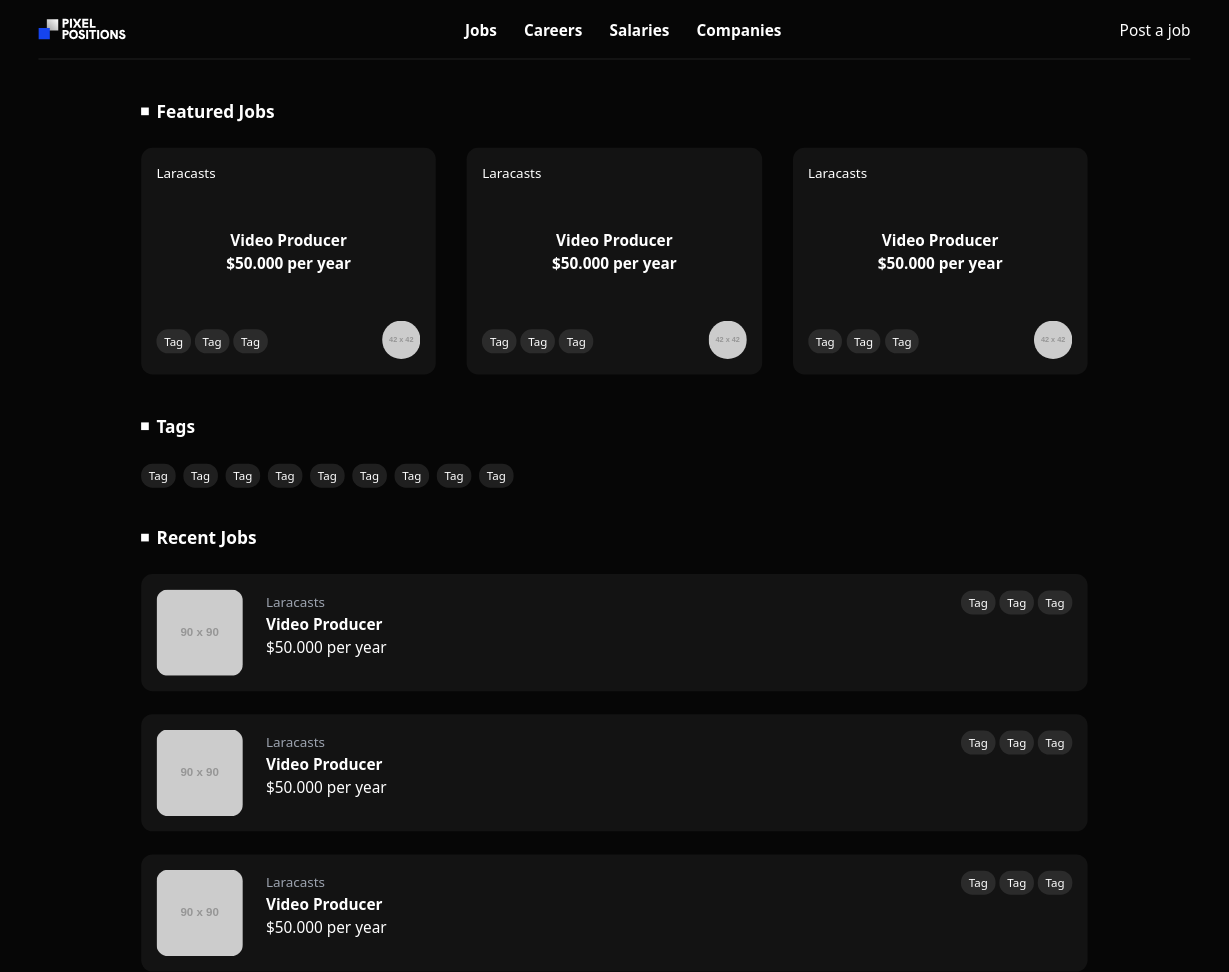
Repository: aggepap/pixel-positions-laravel
Page: http://localhost/
The author's editor kept a copy of each file at every save. The page is drawn from the files as they stood at one save, then again after the next save.
The browser window is 1280 px wide. The pictures show the whole page, at 96% of full size.
The page is served by the project's Laravel application, run on PHP 8.4 with Laravel 12. Other server files are loaded and not shown. Style sheets and scripts are compiled from the project's sources, by tool versions that may differ from the author's.

Above is the page before, as saved 2025-02-21 21:29:23.

### resources/views/welcome.blade.php
<x-layout>
    <div class="space-y-10">
    <section>
      <x-section-heading>Featured Jobs</x-section-heading>
        <div class="grid lg:grid-cols-3 gap-8 mt-6">   <x-job-card />
            <x-job-card />
            <x-job-card />
        </div>

    </section>
    <section>
       <x-section-heading>Tags</x-section-heading>

       <div class="mt-6 space-x-1">
        <x-tag>Tag</x-tag>
        <x-tag>Tag</x-tag>
        <x-tag>Tag</x-tag>
        <x-tag>Tag</x-tag>
        <x-tag>Tag</x-tag>
        <x-tag>Tag</x-tag>
        <x-tag>Tag</x-tag>
        <x-tag>Tag</x-tag>
        <x-tag>Tag</x-tag>
       </div>
    </section>
   <section>
    <x-section-heading>Recent Jobs</x-section-heading>

    <div class="mt-6 space-y-6">
        <x-job-card-wide />
        <x-job-card-wide />
        <x-job-card-wide />
        </div>
    </section>
</div>
</x-layout>

### resources/views/components/section-heading.blade.php
<div class="inline-flex items-center gap-2">
  <span class="w-2 h-2 bg-white inline-block"  ></span>
<h3 class="text-lg font-bold">

  {{$slot}}</h3></div>

### resources/views/components/job-card.blade.php
<div class=" p-4 bg-white/5 rounded-xl flex flex-col gap-4 text-center">

  <div class="self-start text-sm">Laracasts</div>
  <div class="py-8 font-bold"><h3>Video Producer</h3>
  <p>$50.000 per year</p></div>
  <div class="flex justify-between items-center mt-auto">
      <div class="">
     <x-tag>Tag</x-tag>
     <x-tag>Tag</x-tag>
     <x-tag>Tag</x-tag>

  </div>
      <img src="https://placehold.co/42" alt="" class="w-10 h-10 rounded-full">
  </div>
</div>

### resources/views/components/tag.blade.php
<a href="#" class="bg-white/10 px-2 py-1 rounded-xl text-xs hover:bg-white/25 transition-colors duration-300">{{$slot}}</a>

### resources/views/components/job-card-wide.blade.php
<div class=" p-4 bg-white/5 rounded-xl flex gap-x-6">
  <img src="https://placehold.co/90" alt="" class="rounded-xl">
  <div class="flex-1">

  <a href="#" class="self-start text-sm text-gray-400">Laracasts</a>
  <h3 class="font-bold">Video Producer</h3>
  <p>$50.000 per year</p>
</div>

      <div class=" ">
     <x-tag>Tag</x-tag>
     <x-tag>Tag</x-tag>
     <x-tag>Tag</x-tag>

  </div>

</div>

### resources/views/components/layout.blade.php
<!DOCTYPE html>
<html lang="en">
<head>
  <meta charset="UTF-8">
  <meta name="viewport" content="width=device-width, initial-scale=1.0">
  <title>Pixel Positions</title>
  @vite(['resources/js/app.js', 'resources/css/app.css'])
</head>
<body class="bg-black text-white">
  <div class="px-10">
    <nav class="flex justify-between items-center py-4 border-b border-white/10">
      <div class="">
        <a href="/"> <img src="{{Vite::asset('resources/images/logo.svg')}}" alt="Logo"></a>

      </div>
      <div class="space-x-6 font-bold"><a href="#">Jobs</a>
      <a href="#">Careers</a>
      <a href="#">Salaries</a>
       <a href="#">Companies</a>
      </div>
      <div class=""><a href="#">Post a job</a></div>
    </nav>
    <main class="mt-10 max-w-[986px] mx-auto">{{$slot}}</main>
  </div>
</body>
</html>

### resources/images/logo.svg
<svg width="92" height="29" viewBox="0 0 92 29" fill="none" xmlns="http://www.w3.org/2000/svg">
    <path fill="url(#eq4u6l1jfa)" d="M8.787 4.021h11.877v11.877H8.787z"/>
    <path fill="#1544EF" d="M0 13.107h11.877v11.877H0z"/>
    <path d="M25.16 13V3.653h3.285c2.159 0 3.245.899 3.245 2.75 0 1.863-1.113 2.842-3.245 2.842H27.25V13H25.16zm2.091-5.686h.979c.858 0 1.354-.134 1.354-.885 0-.71-.429-.845-1.354-.845h-.979v1.73zM32.846 13V3.653h2.106V13h-2.106zm2.988 0 3.044-4.64-3.057-4.707h2.521L40.34 6.9l1.998-3.246h2.508L41.788 8.36 44.846 13h-2.521l-1.998-3.124L38.355 13h-2.52zm9.872 0V3.653h6.276v1.931h-4.17v1.61h3.969v1.944h-3.97v1.931h4.17V13h-6.275zm7.936 0V3.653h2.105v7.416h3.836V13h-5.941zM25.16 24.574v-9.347h3.285c2.159 0 3.245.898 3.245 2.75 0 1.863-1.113 2.842-3.245 2.842H27.25v3.755H25.16zm2.091-5.686h.979c.858 0 1.354-.134 1.354-.885 0-.71-.429-.845-1.354-.845h-.979v1.73zm9.367 5.927c-2.71 0-4.573-1.971-4.573-4.908 0-2.95 1.864-4.921 4.573-4.921 2.735 0 4.586 1.957 4.586 4.921 0 2.95-1.878 4.908-4.586 4.908zm0-2.011c1.515 0 2.467-1.113 2.467-2.897 0-1.797-.952-2.91-2.467-2.91-1.502 0-2.468 1.086-2.468 2.91 0 1.81.966 2.897 2.468 2.897zm8.63 1.97c-1.944 0-3.472-1.166-3.754-2.95l2.092-.522c.094 1.1.764 1.609 1.703 1.609.684 0 1.247-.335 1.247-1.046 0-.43-.429-.751-1.65-1.247-1.997-.805-2.721-1.542-2.721-2.977 0-1.556 1.22-2.655 3.057-2.655 1.3 0 2.347.603 2.95 1.81l-1.743 1.086c-.282-.684-.738-1.032-1.274-1.032-.483 0-.885.308-.885.75 0 .456.362.778 1.703 1.301 2.011.778 2.655 1.449 2.655 2.776 0 1.85-1.475 3.098-3.38 3.098zm4.478-.2v-9.347h2.106v9.347h-2.106zm5.724 0v-7.416h-2.736v-1.931h7.59v1.931h-2.722v7.416H55.45zm5.735 0v-9.347h2.105v9.347h-2.105zm7.91.241c-2.71 0-4.573-1.971-4.573-4.908 0-2.95 1.864-4.921 4.573-4.921 2.735 0 4.586 1.957 4.586 4.921 0 2.95-1.878 4.908-4.586 4.908zm0-2.011c1.515 0 2.467-1.113 2.467-2.897 0-1.797-.952-2.91-2.467-2.91-1.502 0-2.468 1.086-2.468 2.91 0 1.81.966 2.897 2.468 2.897zm11.487-7.577h2.105v9.347h-2.159l-3.513-5.726v5.726h-2.106v-9.347h2.146l3.527 5.7v-5.7zm6.848 9.548c-1.945 0-3.473-1.167-3.755-2.95l2.092-.523c.094 1.1.764 1.609 1.703 1.609.684 0 1.247-.335 1.247-1.046 0-.43-.429-.751-1.65-1.247-1.997-.805-2.721-1.542-2.721-2.977 0-1.556 1.22-2.655 3.057-2.655 1.3 0 2.347.603 2.95 1.81l-1.743 1.086c-.282-.684-.738-1.032-1.274-1.032-.483 0-.885.308-.885.75 0 .456.362.778 1.703 1.301 2.011.778 2.655 1.449 2.655 2.776 0 1.85-1.475 3.098-3.38 3.098z" fill="#fff"/>
    <defs>
        <linearGradient id="eq4u6l1jfa" x1="20.5" y1="4" x2="8" y2="16.5" gradientUnits="userSpaceOnUse">
            <stop stop-color="#fff"/>
            <stop offset="1" stop-color="#999"/>
        </linearGradient>
    </defs>
</svg>

### tailwind.config.js
import defaultTheme from "tailwindcss/defaultTheme";

/** @type {import('tailwindcss').Config} */
export default {
    content: [
        "./vendor/laravel/framework/src/Illuminate/Pagination/resources/views/*.blade.php",
        "./storage/framework/views/*.php",
        "./resources/**/*.blade.php",
        "./resources/**/*.js",
        "./resources/**/*.vue",
    ],
    theme: {
        extend: {
            fontFamily: {
                sans: ["Figtree", ...defaultTheme.fontFamily.sans],
            },
            colors: {
                black: "#060606",
            },
        },
    },
    plugins: [],
};

Loaded but not shown: app/Providers/AppServiceProvider.php (common file); routes/web.php (common file); resources/css/app.css (common file)

After the next save:
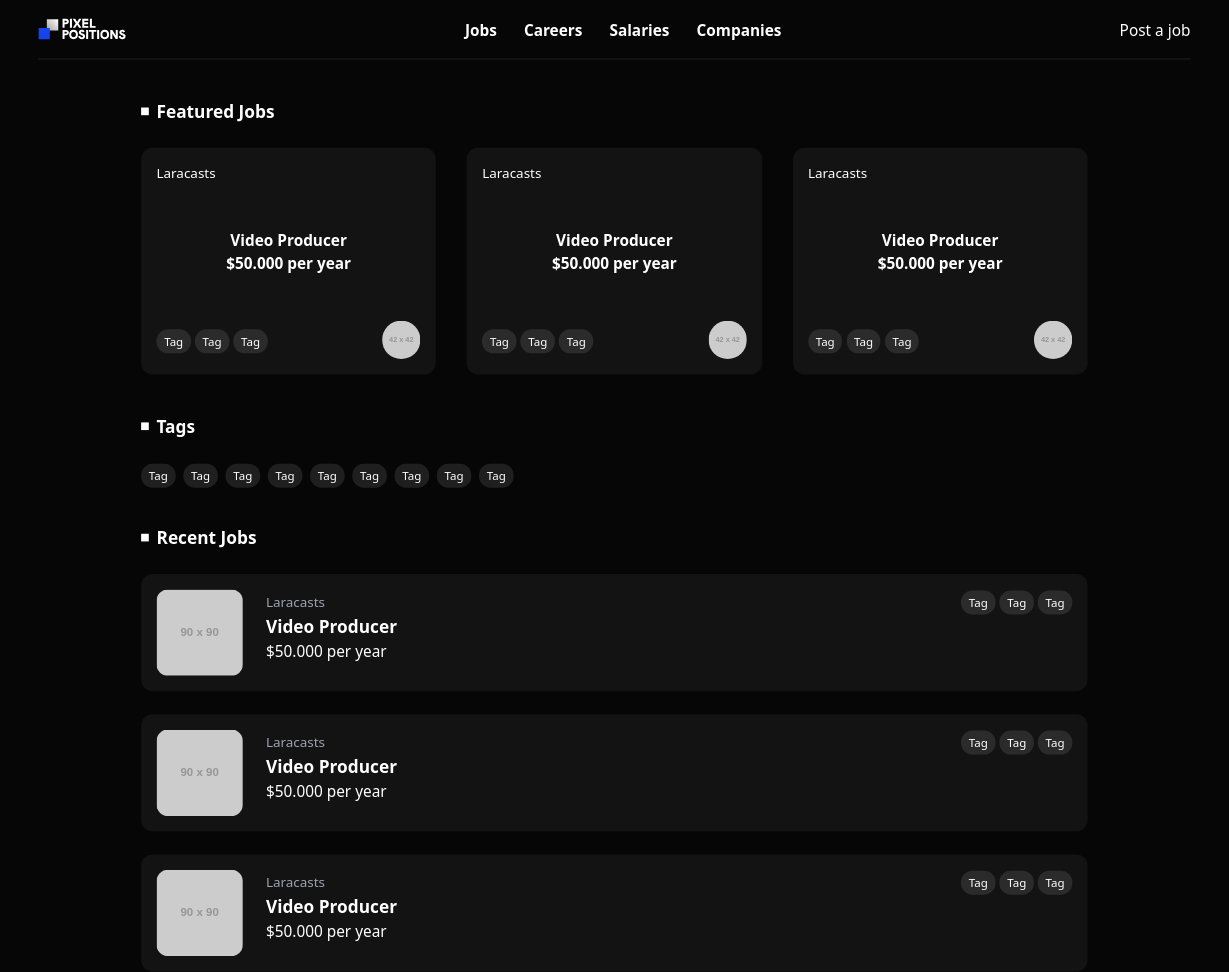
Saved 10 s later.
--- a/resources/views/components/job-card-wide.blade.php
+++ b/resources/views/components/job-card-wide.blade.php
@@ -3,7 +3,7 @@
   <div class="flex-1">
 
   <a href="#" class="self-start text-sm text-gray-400">Laracasts</a>
-  <h3 class="font-bold">Video Producer</h3>
+  <h3 class="font-bold text-lg">Video Producer</h3>
   <p>$50.000 per year</p>
 </div>
 
